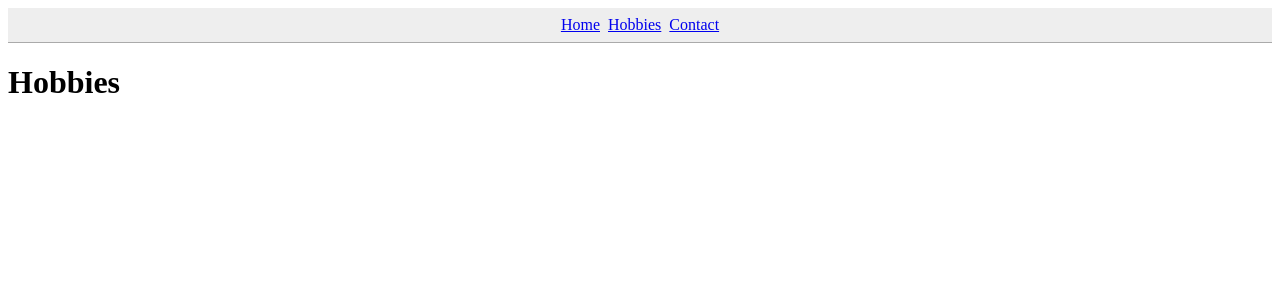
Repository: sebas6292/Jeff-Midterm
Page: hobby.html
The author's editor kept a copy of each file at every save. The page is drawn from the files as they stood at one save, then again after the next save.
The browser window is 1280 px wide. The pictures show the whole page.

Above is the page before, as saved 2023-04-30 22:42:10.

After the next save:
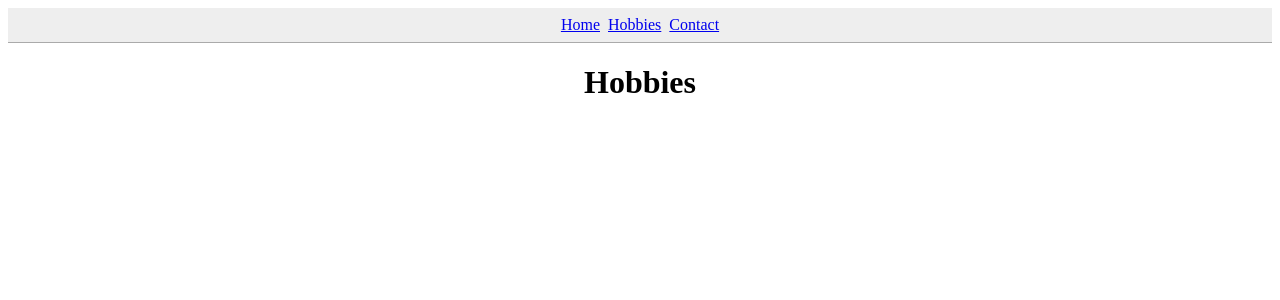
Saved 11 s later.
--- a/hobby.html
+++ b/hobby.html
@@ -13,7 +13,7 @@
       <a href="/contact.html">Contact</a>
     </nav>
     <main>
-      <h1>Hobbies</h1>
+      <h1 class="title">Hobbies</h1>
 
     </main>
   </body>
